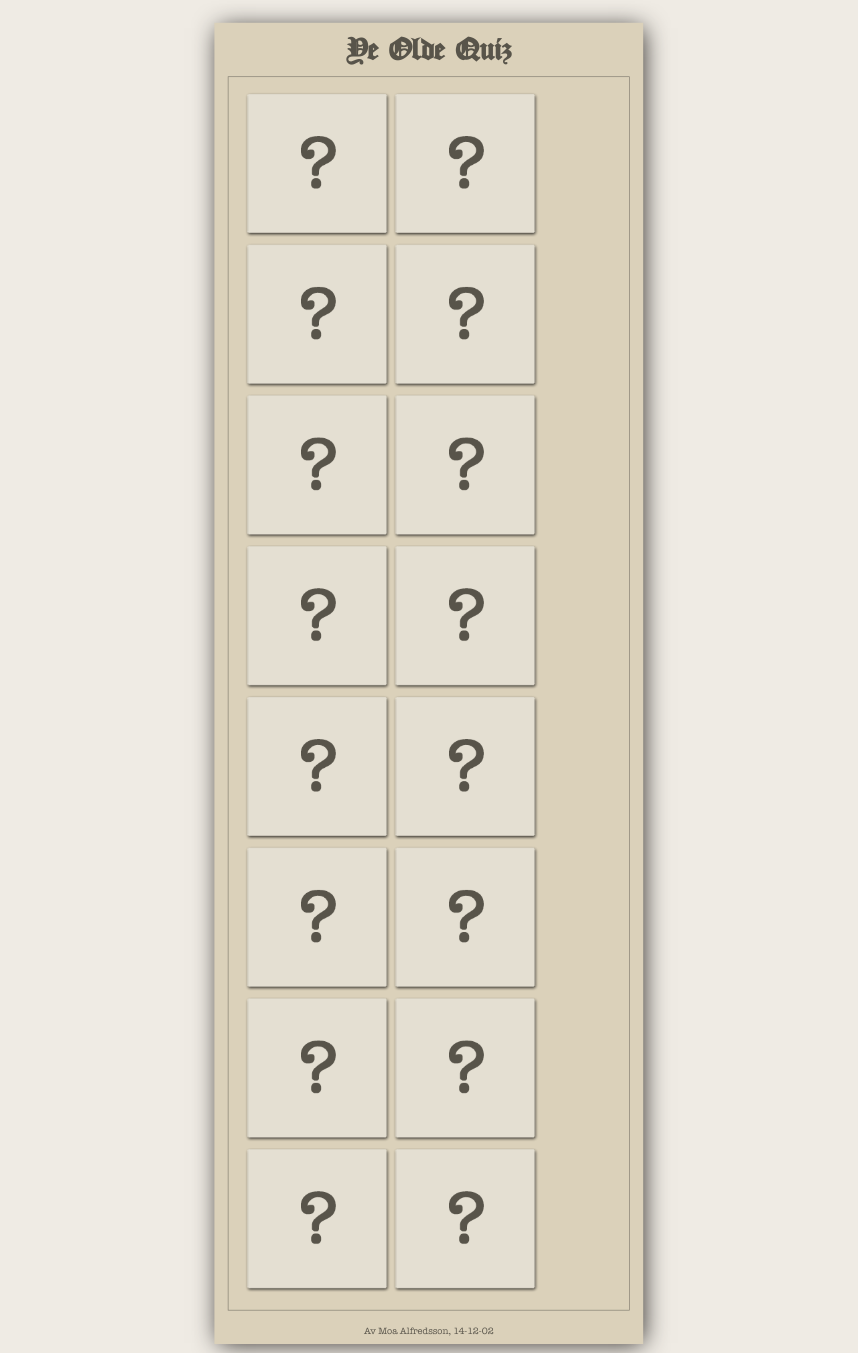
Repository: ma223md/1dv403-laborationer
Page: 4-thequiz/index.html
The author's editor kept a record of every edit. The page is drawn from the files as they stood at one moment, then again after the next edit.
The browser window is 1280 px wide. The pictures show the whole page, at 67% of full size.

Above is the page before.

### 4-thequiz/index.html
<!DOCTYPE html>
<html>
    <head>
        <meta charset="UTF-8" />
        <link rel="stylesheet" href="css/memorystyle.css" />
        <script src="js/random.js"></script>
        <script src="js/memory.js"></script>
        <title>Memory - Game on!</title>
    </head>

    <body>
        <div id="container">
            <header>
                <h1>Ye Olde Quiz</h1>
            </header>

            <main>
                <div id="memoryboard"></div>
            </main>

            <footer>
                <p>Av Moa Alfredsson, 14-12-02</p>
            </footer>
        </div>
    </body>
</html>

### 3-gameon/memory/css/memorystyle.css
@font-face {
    font-family: headline;
    src: url(../fonts/OldLondon.ttf);
}

@font-face {
    font-family: article;
    src: url(../fonts/linowrite.ttf);
}

body
{
    background-color: #efebe4;
}

header h1 {
    text-align: center;
    padding-top: 15px;
    color: #58544A;
    font-family: headline;
    font-size: 50px;
}

#container {
    display: block;
    margin-left: auto;
    margin-right: auto;
    width: 600px;
    background-color: #dbd1ba;
    padding-left: 20px;
    padding-right: 20px;
    -webkit-box-shadow: 3px 4px 35px -4px rgba(38,35,32,1);
    -moz-box-shadow: 3px 4px 35px -4px rgba(38,35,32,1);
    box-shadow: 3px 4px 35px -4px rgba(38,35,32,1);
}

main {
    border-style: solid;
    border-width: 1px;
    border-color: #837D70;
}

#memoryboard {
    margin-left: 22px;
    margin-top: 20px;
    margin-bottom: 20px;
}

p {
    font-family: article;
    font-size: 14px;
    text-align: center;
    padding-top: 10px;
    padding-bottom: 10px;
    padding-left: 20px;
    padding-right: 20px;
    color: #58544A;
    word-wrap: break-word;
}

footer {
    font-size: 12px;
}

### 3-gameon/memory/js/random.js
var RandomGenerator = {

	/*
		Denna metod tar antalet rader och columner som inparameter.

		Metoden returnerar en array innehållandes utslumpade tal mellan 1 och (rows*cols)/2. Varje tal representeras två
		gånger och motsvarar således en spelbricka.

		I en 4*4 matris kan Arrayen t.ex. se ut så här:
		[1,2,6,8,6,2,5,3,1,3,7,5,8,4,4,7]

		I en 2*4 matris kan Arrayen t.ex. se ut så här:
		[3,4,4,1,2,1,2,3]
	*/

	getPictureArray: function(rows, cols)
	{
		var numberOfImages = rows*cols;
		var maxImageNumber = numberOfImages/2;

	   	var imgPlace = [];

	   //Utplacering av bilder i Array
	   for(var i=0; i<numberOfImages; i++)
		  imgPlace[i] = 0;

		for(var currentImageNumber=1; currentImageNumber<=maxImageNumber; currentImageNumber++)
		{
			var imageOneOK = false;
			var imageTwoOK = false;

			do
			{
				if(imageOneOK == false)
				{
					var randomOne = Math.floor( (Math.random() * (rows*cols-0) + 0) );

					if( imgPlace[randomOne] == 0 )
					{
						imgPlace[randomOne] = currentImageNumber;
						imageOneOK = true;
					}
				}

				if(imageTwoOK == false)
				{
					var randomTwo = Math.floor( (Math.random() * (rows*cols-0) + 0) );

					if( imgPlace[randomTwo] == 0 )
					{
						imgPlace[randomTwo] = currentImageNumber;
						imageTwoOK = true;
					}
				}
			}
			while(imageOneOK == false || imageTwoOK == false);
		}

		return imgPlace;
	}
}

### 3-gameon/memory/js/memory.js
"use strict"

var Memory = {
    // define variables
  	memoryBricks: [],
    pairedBricks: new Array(),
    lastBrick: undefined,
    isTurning: false,
    counter: 0,

    init: function(){
        Memory.memoryBricks = RandomGenerator.getPictureArray(4,4);

        // Create memory bricks
        for (var i = 0; i < Memory.memoryBricks.length; i++){
            newBrick(i);
        }

        function newBrick(i){
             // create new link and image
            var div = document.getElementById("memoryboard"),
            link = document.createElement("a"),
            image = document.createElement("img");

            link.setAttribute("class", "memorybrick");
            link.setAttribute("href", "#");
            image.setAttribute('src', 'pics/0.png');
            image.setAttribute("id", i);

            div.appendChild(link);
            link.appendChild(image);

            // onclick function goes here
            link.onclick = function(){
                turnBrick(i);
                return false;
            };
        }

        function contains(a, obj) {
            for (var i = 0; i < a.length; i++) {
                if (a[i] === obj) {
                    return true;
                }
            }
            return false;
        }

        //function for turning bricks
        function turnBrick(brickID){
            if(contains(Memory.pairedBricks, brickID) || Memory.isTurning === true) {
            	return;
            }

            // turn chosen brick, assign image
            var currentBrickImage = document.getElementById(brickID);
            var lastBrickImage = document.getElementById(Memory.lastBrick);
            currentBrickImage.setAttribute("src", "pics/" + Memory.memoryBricks[brickID] + ".png");

            if(Memory.lastBrick === undefined) {
            	Memory.lastBrick = brickID;
            	//add last brick to array
            } else if (Memory.memoryBricks[Memory.lastBrick] === Memory.memoryBricks[brickID]) {
            	// matched a pair
                Memory.lastBrick = undefined;
                // add pair to array
                Memory.pairedBricks.push(brickID);
                Memory.pairedBricks.push(Memory.lastBrick);
                Memory.counter++;

            } else {
             	// doesn't match, turn back bricks
              	Memory.isTurning = true;
                setTimeout(function(){
                  	Memory.isTurning = false;
                    currentBrickImage.setAttribute("src", "pics/0.png");
                    lastBrickImage.setAttribute("src", "pics/0.png");
                }, 1000);

                Memory.lastBrick = undefined;
                Memory.counter++;
            }

            if (Memory.pairedBricks.length === 16){
                alert("Congratulations! You won with " + Memory.counter + " guesses!");
            }
        }

    }
};

window.onload = Memory.init;  //init run when site is loaded

After the next edit:
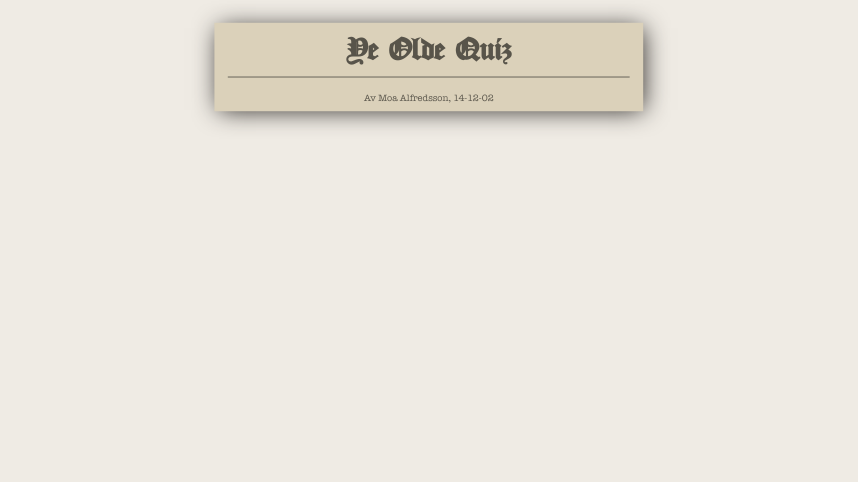
Console error: TypeError: Cannot read properties of null (reading 'appendChild')
The edit:
--- a/4-thequiz/index.html
+++ b/4-thequiz/index.html
@@ -13,9 +13,7 @@
             <header>
                 <h1>Ye Olde Quiz</h1>
             </header>
-
             <main>
-                <div id="memoryboard"></div>
             </main>
 
             <footer>
